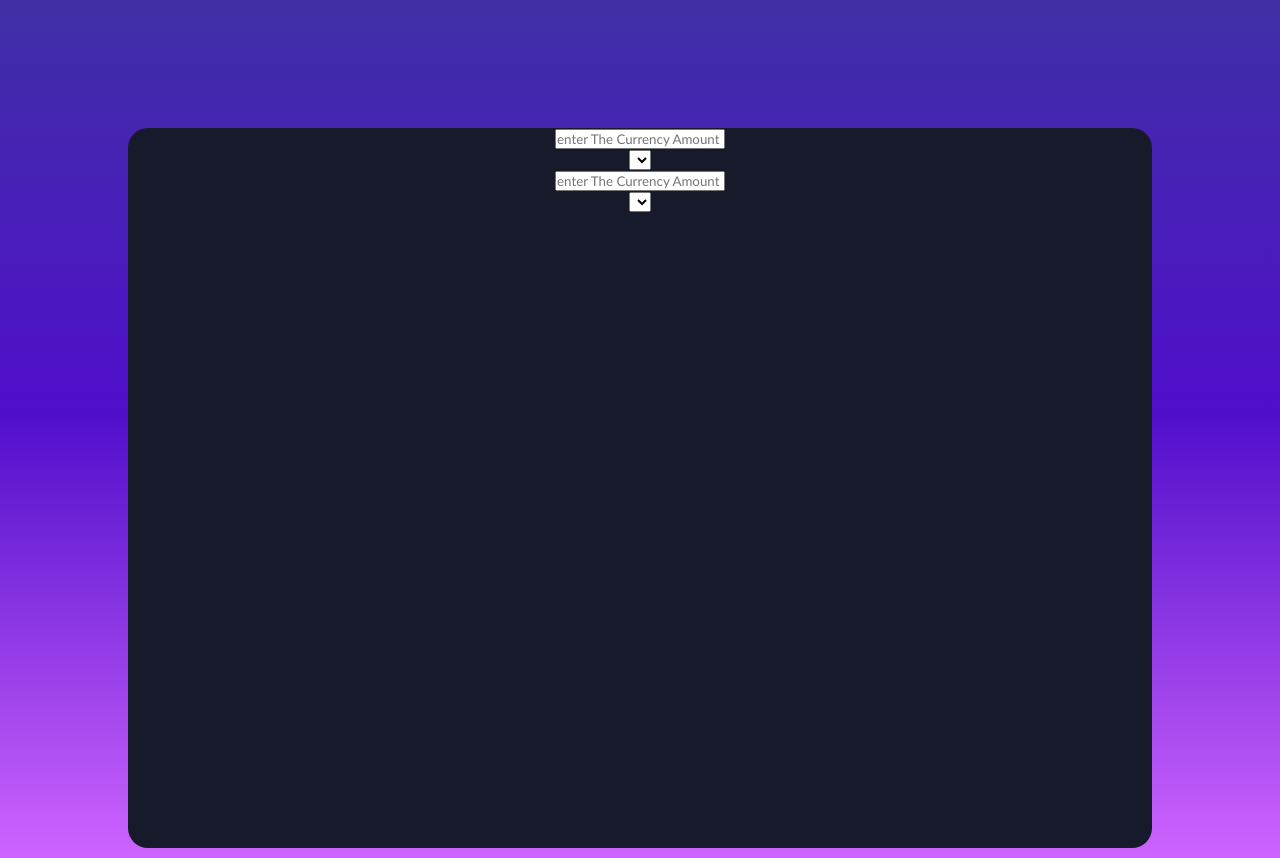
Repository: KamalEssam/currency-converter-react-app
Page: /
These files come from the project's save history. The page is drawn as it stood at one moment and after a run of saves; the edit follows.
The browser window is 1280 px wide. The pictures show the whole page.
The page's requests for data from a server got no answer. The project was rebuilt for these pictures with package versions that can differ from the ones it lists, and the page was loaded fresh each time. No one was signed in, and anything a server would have sent is missing.

Above is the page before, as saved 2021-12-21 15:28:13.

### src/App.js
import './App.css';
import Currency from './Components/Currency';

function App() {
  return (
    <div className="App">
     <Currency />
    </div>
  );
}

export default App;

### src/App.css
* {
  box-sizing: border-box;
  margin: 0;
  padding: 0;
  font-family: 'Trebuchet MS', 'Lucida Sans Unicode', 'Lucida Grande',
    'Lucida Sans', Arial, sans-serif;
}
body{
  background: linear-gradient(
    180deg,
    rgb(64, 48, 167) 0%,
    rgb(80, 14, 202) 48%,
    rgb(206, 100, 255) 100%
  );
}

.App{

}
/* .currency-app {
  display: flex;
  flex-direction: column;
  justify-content: start ;
  width: 520px;
  min-height: 600px;
  background: #161a2b;
  text-align: center;
  margin: 128px auto;
  border-radius: 10px;
  padding-bottom: 32px;
} */
.currency-app {
  display: flex;
  flex-direction: column;
  justify-content: start ;
  height: 100vh;
  text-align: center;
  background: #161a2b;
  margin:128px 128px 10px 128px ;
  border-radius: 20px;




}

### src/Components/Currency.js
import React from 'react'
import CurrencyForm from './CurrencyForm'
import CurrencyList from './CurrencyList'
export default function Currency() {
    return (
        <div className='currency-app'>
            <CurrencyForm />
            <CurrencyList />
        </div>
    )
}

### src/Components/CurrencyForm.js
import React from 'react'

export default function Currency() {
    return (
        <div>

        </div>
    )
}

### src/Components/CurrencyList.js
import React, { useEffect, useState } from 'react'
import Axios from 'axios';
export default function Currency() {
    //api_key = 04078e60-6206-11ec-a513-c3ab8a51dcff
    const [currenciesList, setCurrenciesList] = useState([]);
    useEffect(() => {
        Axios
            .get('http://api.currencylayer.com/list?access_key=3f721942cddb3b199905f3aea4bb647d')
            .then(res => {
                setCurrenciesList([res.data, ...Object.keys(res.data.currencies)]);
                // console.log(res.data)
            }).catch(error => console.log(error))

    }, [])

    return (
        <div className='currency-form-container'>
            <form className='currency-form'>
                <div className='currency-form-group'>
                    <div>
                        <input className='fr-currency' placeholder='enter The Currency Amount' />
                    </div>
                    <div>
                        <select className='select-fr-currency' >
                            {currenciesList.slice(1).map(currency => {

                                return (
                                    <option key={currency} value={currency}> {currency} </option>
                                );
                            })}
                            {/* <option key={Math.floor(Math.random()*1000000)} value={currency}> currency </option> */}
                        </select>
                    </div>
                </div>
                <div className='currency-form-group'>
                    <input className='sec-currency' placeholder='enter The Currency Amount' />
                </div>
                <div>
                    <select className='select-sec-currency' >
                        {currenciesList.slice(1).map(currency => {
                            return (
                                <option key={currency} value={currency}> {currency} </option>
                            );
                        })}
                        {/* <option key={Math.floor(Math.random()*1000000)} value={currency}> currency </option> */}
                    </select>
                </div>
            </form>
        </div>
    )
}

Loaded but not shown: public/index.html (common file); src/index.js (common file); src/index.css (common file)

After the next 2 saves:
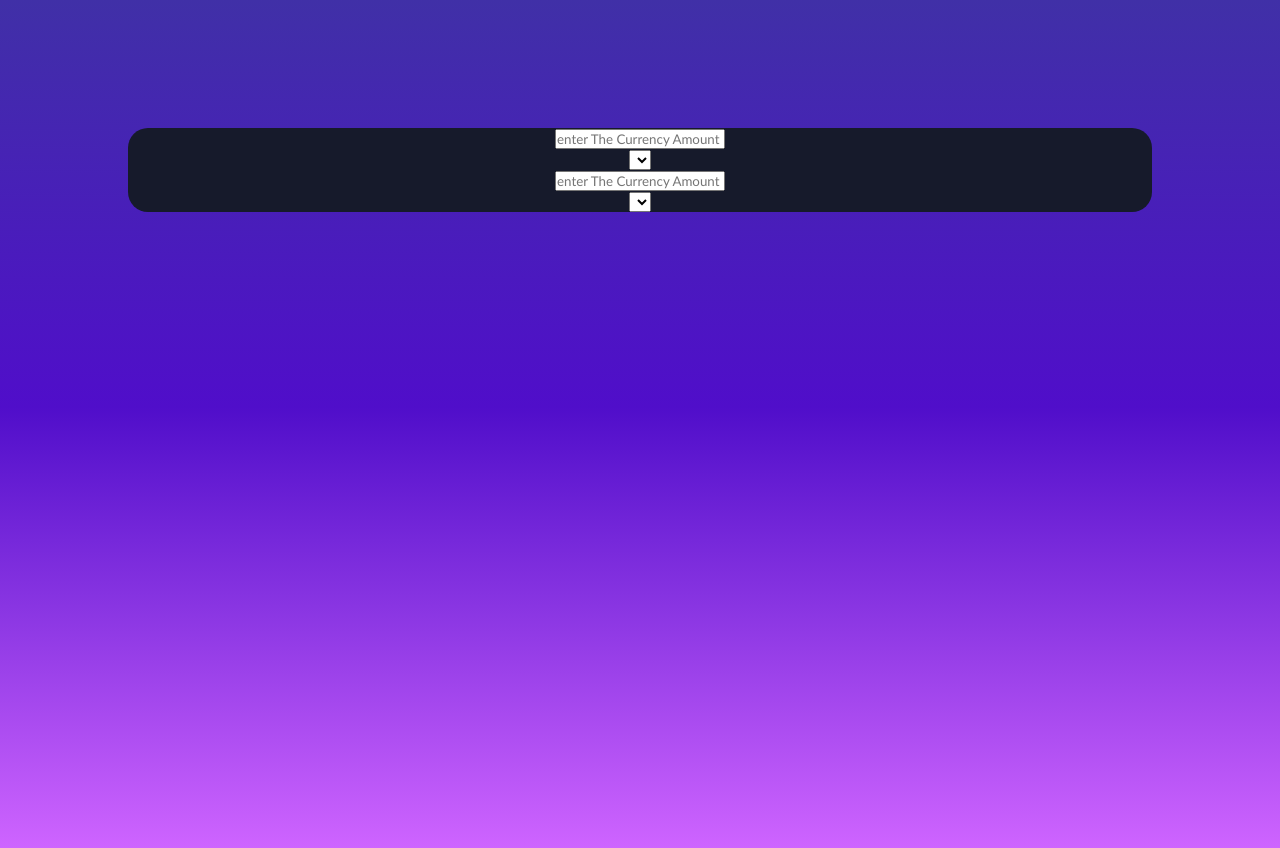
The 2 saves are shown as one change because they came seconds apart.
The last was saved 12 s later.
--- a/src/App.css
+++ b/src/App.css
@@ -15,7 +15,7 @@ body{
 }
 
 .App{
-
+  height: 100vh;
 }
 /* .currency-app {
   display: flex;
@@ -33,7 +33,7 @@ body{
   display: flex;
   flex-direction: column;
   justify-content: start ;
-  height: 100vh;
+
   text-align: center;
   background: #161a2b;
   margin:128px 128px 10px 128px ;
